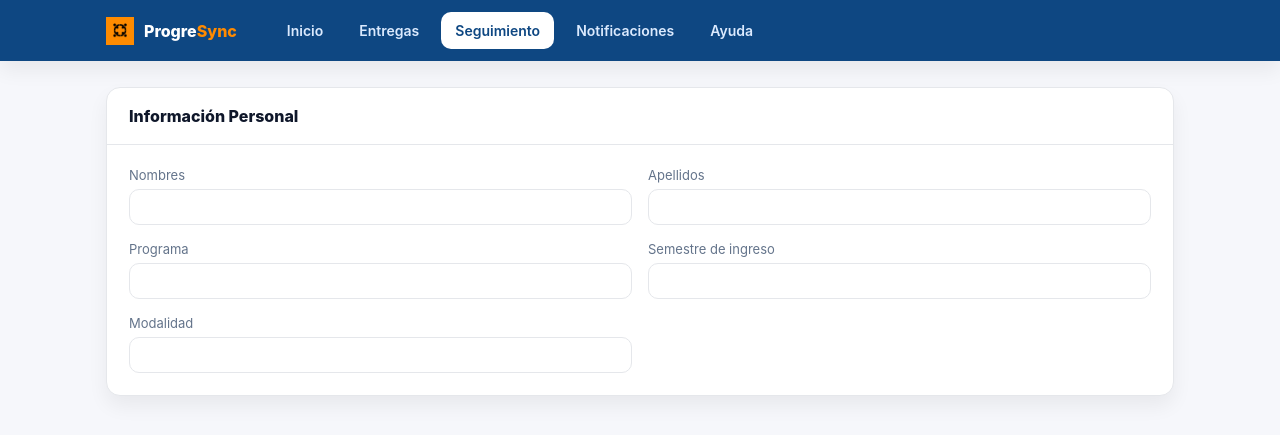
Repository: Jullians1105/ProgreSync
Page: segumiento2/seguimiento2.html
These files come from the project's save history. The page is drawn as it stood at one moment and after a run of saves; the edit follows.
The browser window is 1280 px wide. The pictures show the whole page.

Above is the page before, as saved 2025-09-05 09:22:50.

### segumiento2/seguimiento2.html
<!DOCTYPE html>
<html lang="es">
<head>
<meta charset="UTF-8" />
<meta name="viewport" content="width=device-width, initial-scale=1" />
<title>ProgreSync – Seguimiento</title>
<link rel="stylesheet" href="seguimiento2.css">
</head>
<body>
<!-- NAVBAR -->
<header class="navbar">
<div class="nav-inner">
<div class="brand">
<img src="logo.png" alt="ProgreSync logo" />
<strong>Progre<span class="accent">Sync</span></strong>
</div>
<nav class="nav-links" aria-label="Secciones">
<a class="nav-link" href="#">Inicio</a>
<a class="nav-link" href="#">Entregas</a>
<a class="nav-link active" href="#">Seguimiento</a>
<a class="nav-link" href="#">Notificaciones</a>
<a class="nav-link" href="#">Ayuda</a>
</nav>
</div>
</header>


<div class="wrap">
<!-- INFORMACIÓN PERSONAL -->
<section class="card" aria-labelledby="t-personal">
<div class="card-hd" id="t-personal">Información Personal</div>
<div class="card-bd">
<div class="grid grid-2">
<div class="field">
<label class="label" for="nombres">Nombres</label>
<input class="input" id="nombres" type="text" />
</div>
<div class="field">
<label class="label" for="apellidos">Apellidos</label>
<input class="input" id="apellidos" type="text" />
</div>
<div class="field">
<label class="label" for="programa">Programa</label>
<input class="input" id="programa" type="text" />
</div>
<div class="field">
<label class="label" for="semestre">Semestre de ingreso</label>
<input class="input" id="semestre" type="text" />
</div>
<div class="field">
<label class="label" for="modalidad">Modalidad</label>
<input class="input" id="modalidad" type="text" />
</div>
</div>
</div>
</section>

### segumiento2/seguimiento2.css
:root{
--brand-blue:#0e4782;
--brand-blue-600:#153f6b;
--brand-orange:#ff8a00;
--text:#0f172a;
--muted:#64748b;
--bg:#f6f7fb;
--card:#ffffff;
--border:#e5e7eb;
--ring:#c7d2fe;
--shadow:0 10px 20px rgba(2,8,23,.06);
--radius:14px;
}


*{box-sizing:border-box}
html,body{height:100%}
body{
margin:0; font-family:Inter, system-ui, sans-serif;
color:var(--text);
background:var(--bg);
}


.navbar{position:sticky; top:0; z-index:50; background:var(--brand-blue); color:#fff; box-shadow:var(--shadow)}
.nav-inner{max-width:1100px; margin:0 auto; display:flex; align-items:center; gap:28px; padding:12px 16px}
.brand{display:flex; align-items:center; gap:10px}
.brand img{height:28px; width:auto}
.brand strong{font-weight:800}
.brand .accent{color:var(--brand-orange)}


.nav-links{display:flex; align-items:center; gap:8px; margin-left:8px}
.nav-link{padding:10px 14px; border-radius:10px; color:#dbeafe; text-decoration:none; font-weight:600; font-size:14px}
.nav-link:hover{background:rgba(255,255,255,.08); color:#fff}
.nav-link.active{background:#fff; color:var(--brand-blue)}


.wrap{max-width:1100px; margin:26px auto; padding:0 16px 60px}


.card{background:var(--card); border:1px solid var(--border); border-radius:var(--radius); box-shadow:var(--shadow)}
.card .card-hd{padding:18px 22px; border-bottom:1px solid var(--border); font-weight:800}
.card .card-bd{padding:22px}


.grid{display:grid; gap:16px}
.grid-2{grid-template-columns:repeat(2,1fr)}


.field{display:flex; flex-direction:column; gap:6px}
.label{font-size:13px; color:var(--muted)}
.input{height:36px; padding:0 12px; border:1px solid var(--border); border-radius:10px; font-size:14px; outline:none}
.input:focus{border-color:#94a3b8; box-shadow:0 0 0 4px var(--ring)}




.q{display:grid; grid-template-columns:1fr 240px; align-items:center; gap:16px; border-bottom:1px dashed var(--border); padding:14px 0}
.q small{color:var(--muted)}


@media (max-width:860px){
.grid-2{grid-template-columns:1fr}
.q{grid-template-columns:1fr}
}

### index.html
<!DOCTYPE html>
<html lang="es">
<head>
    <meta charset="UTF-8">
    <meta name="viewport" content="width=device-width, initial-scale=1.0">
    <title>Inicio</title>
    <link rel="stylesheet" href="https://cdnjs.cloudflare.com/ajax/libs/font-awesome/6.5.0/css/all.min.css">
    <link rel="icon" href="Imagenes/Logo_ProgeSync.png" type="image/png" />
    <link rel="stylesheet" href="index.css">
</head>
<body>
    <header class="barra-superior fade-in">
        <div class="header-top">
            <div class="Logo_ProgeSync fade-in">
                <img src="Imagenes/Logo_ProgeSync.png" alt="Logo ProgeSync">
            </div>
            <h1 class="titulo fade-in">
                <a href="index.html" class="titulo-link">
                    <span class="proge">Progre</span><span class="sync">Sync</span>
                </a>
            </h1>

            <button class="menu-toggle" aria-label="Abrir menú">
                <i class="fas fa-bars"></i>
            </button>
        </div>

        </button>
        <nav class="navegacion fade-in">
            <a class="nav-link" href="index.html">Inicio</a>
            <a class="nav-link" href="Entregas/Estudiante/entregas.html">Entregas</a>
            <a class="nav-link" href="Seguimiento/seguimiento.html">Seguimiento</a>
            <a class="nav-link" href="Notificacion/notificaciones.html">Notificaciones</a>
            <a class="nav-link" href="Ayuda/ayuda.html">Ayuda</a>
            <a class="nav-link" href="iniciosesion/iniciosesion.html">Iniciar Sesión</a>
        </nav>
    </header>

    <main>
        <div class="imagen1 fade-in">
            <img src="Imagenes/Fondomain.png" alt="Fondo Principal">
        </div>
    </main>

    <section class="servicios fade-in">
        <h2>Controla, evalúa y comunica el avance de prácticas en un solo lugar.</h2>
        <p>
            Plataforma web para seguimiento de prácticas laborales. Los estudiantes suben informes y los docentes los revisan con estados En revisión, Aprobado o Rechazado. Todo queda centralizado con historial, métricas y roles (estudiante, docente, admin y empresa opcional).
        </p>
    </section>

    <!-- poner un divisor de color principal para que no se vea tan mal al seguir abajo -->

    <section class="caracteristicas fade-in">
        <h2>Características Principales</h2>
        <div class="caracteristica card">
            <h2>Gestión de informes 📄</h2>
            <p>
                Sube, edita y organiza todos tus informes en un solo lugar, con opción de añadir archivos adjuntos.
            </p>
        </div>

        <div class="caracteristica card">
            <h2>Revisión y aprobación ✅</h2>
            <p>
                Los docentes pueden aprobar, rechazar o dejar en revisión los informes con comentarios claros.
            </p>
        </div>

        <div class="caracteristica card">
            <h2>Exportación de reportes 📄</h2>
            <p>
                Descarga en PDF los reportes de tus prácticas para respaldo o entregas.
            </p>
        </div>
    </section>

    <section class="quienes_somos fade-in">
        <div class="texto_quienes_somos fade-in">
            <img src="Imagenes/Logo_ProgeSync.png" alt="Logo ProgeSync">
            <h2>¿Quiénes somos?</h2>
            <p>
                Somos una plataforma web dedicada a optimizar y centralizar el seguimiento de prácticas laborales. Nuestro objetivo es facilitar la comunicación entre estudiantes, docentes y empresas.
            </p>
        </div>
    </section>

    <footer class="footer fade-in">
        <div class="footer-logo fade-in">
            <img src="Imagenes/Logo_ProgeSync.png" alt="Logo ProgeSync">
        </div>

        <div class="footer-contacto fade-in">
            <h3><i class="fas fa-mobile-alt"></i> Contáctanos</h3>
            <p class="contact-item"><span>3208673417</span><button class="copy-btn" data-copy="3208673417"><i class="fas fa-copy"></i></button></p>
            <p class="contact-item"><span>3112414027</span><button class="copy-btn" data-copy="3112414027"><i class="fas fa-copy"></i></button></p>
            <p class="contact-item"><span>3167117358</span><button class="copy-btn" data-copy="3167117358"><i class="fas fa-copy"></i></button></p>
            <p class="contact-item"><span>contacto.progresync@gmail.com</span><button class="copy-btn" data-copy="contacto.progresync@gmail.com"><i class="fas fa-copy"></i></button></p>
        </div>
    </footer>

    <script src="index.js"></script>
</body>
</html>

After the next 2 saves:
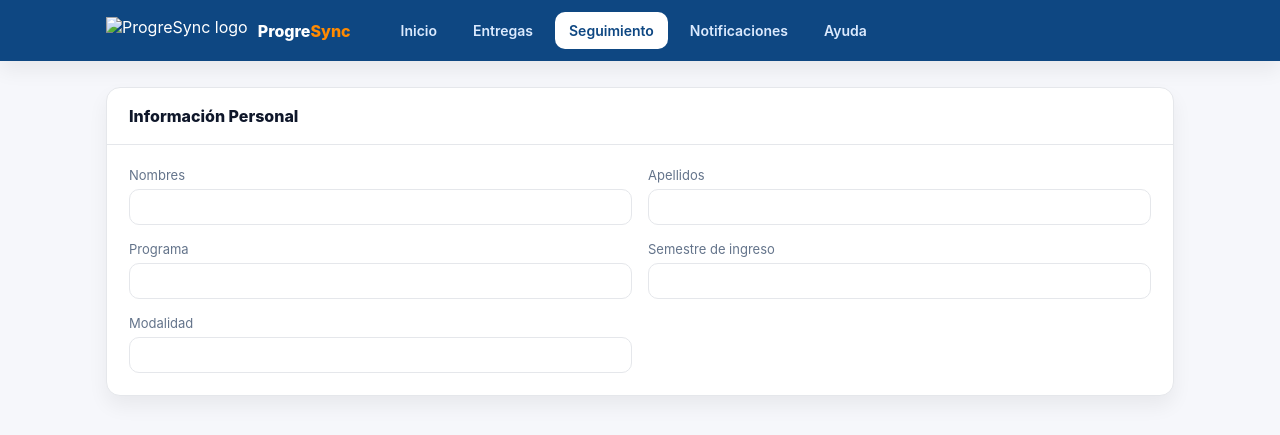
The 2 saves are shown as one change because they came seconds apart.
The last was saved 9 s later.
--- a/segumiento2/seguimiento2.html
+++ b/segumiento2/seguimiento2.html
@@ -11,7 +11,7 @@
 <header class="navbar">
 <div class="nav-inner">
 <div class="brand">
-<img src="logo.png" alt="ProgreSync logo" />
+<img src="../" alt="ProgreSync logo" />
 <strong>Progre<span class="accent">Sync</span></strong>
 </div>
 <nav class="nav-links" aria-label="Secciones">

After the 2 saves that followed:
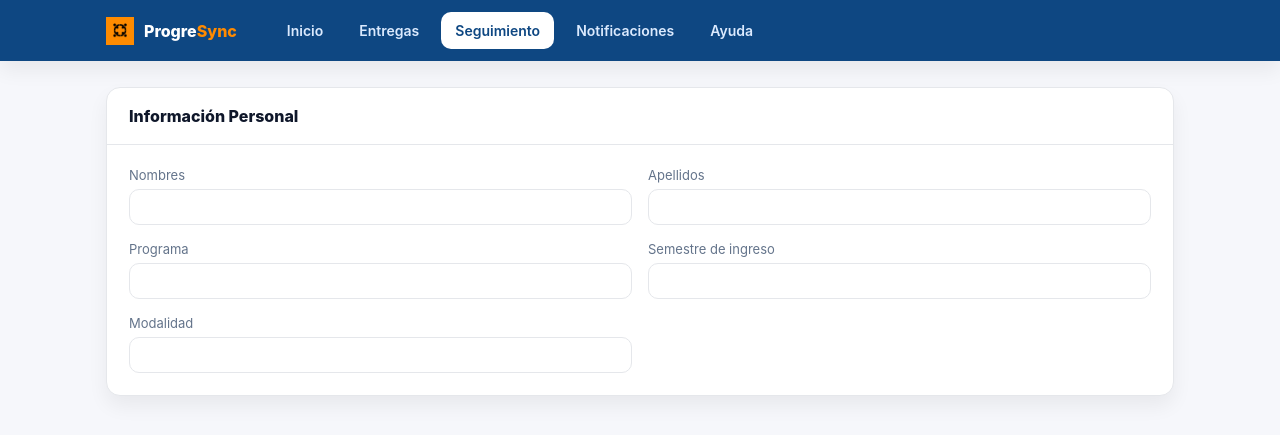
The 2 saves are shown as one change because they came seconds apart.
The last was saved 7 s later.
--- a/segumiento2/seguimiento2.html
+++ b/segumiento2/seguimiento2.html
@@ -11,7 +11,7 @@
 <header class="navbar">
 <div class="nav-inner">
 <div class="brand">
-<img src="../" alt="ProgreSync logo" />
+<img src="../Imagenes/Logo_ProgeSync.png" alt="ProgreSync logo" />
 <strong>Progre<span class="accent">Sync</span></strong>
 </div>
 <nav class="nav-links" aria-label="Secciones">
